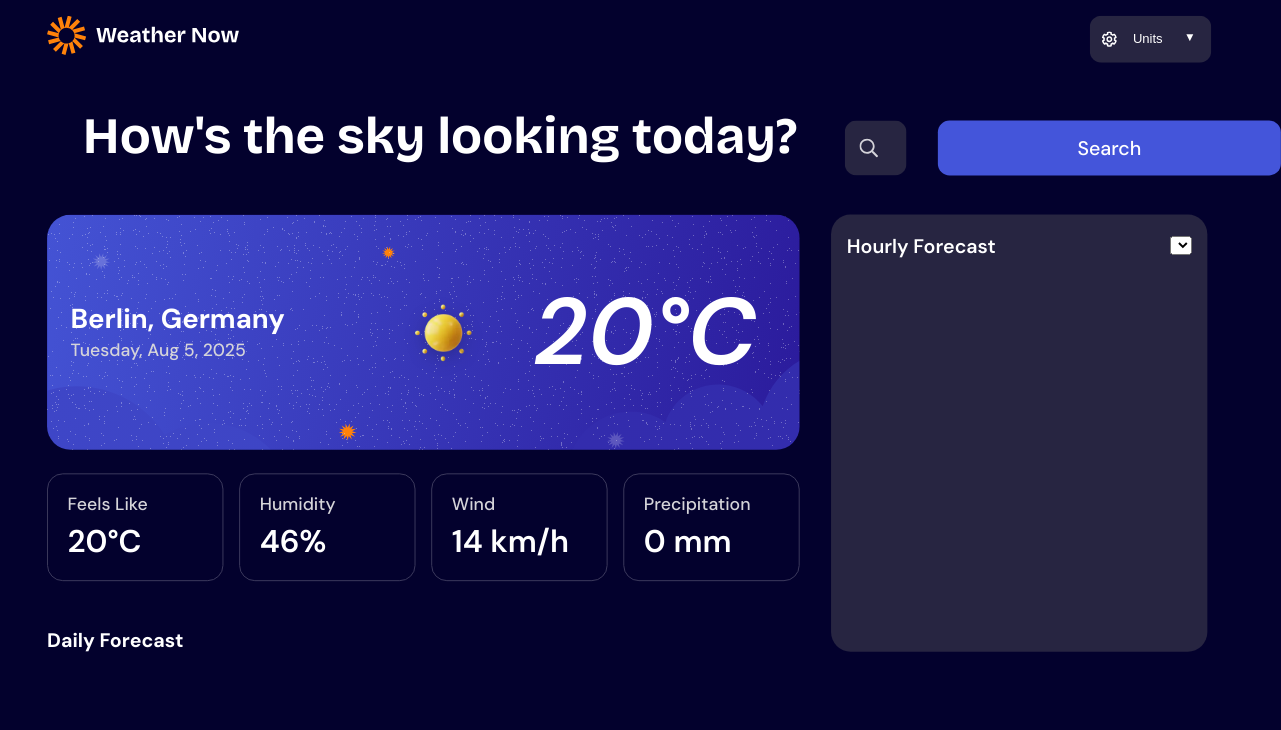
Repository: MKwaak/weather-app-main
Page: index.html
These files come from the project's save history. The page is drawn as it stood at one moment and after the next save; the edit follows.
The browser window is 1280 px wide. The page is 1307 px wide, then 1280 px, so the pictures cover 1307 px, including what lies to the right of the window. The pictures show the whole page, at 98% of full size.
The page's requests for data from a server got no answer.

Above is the page before, as saved 2026-01-31 01:12:29.

After the next save:
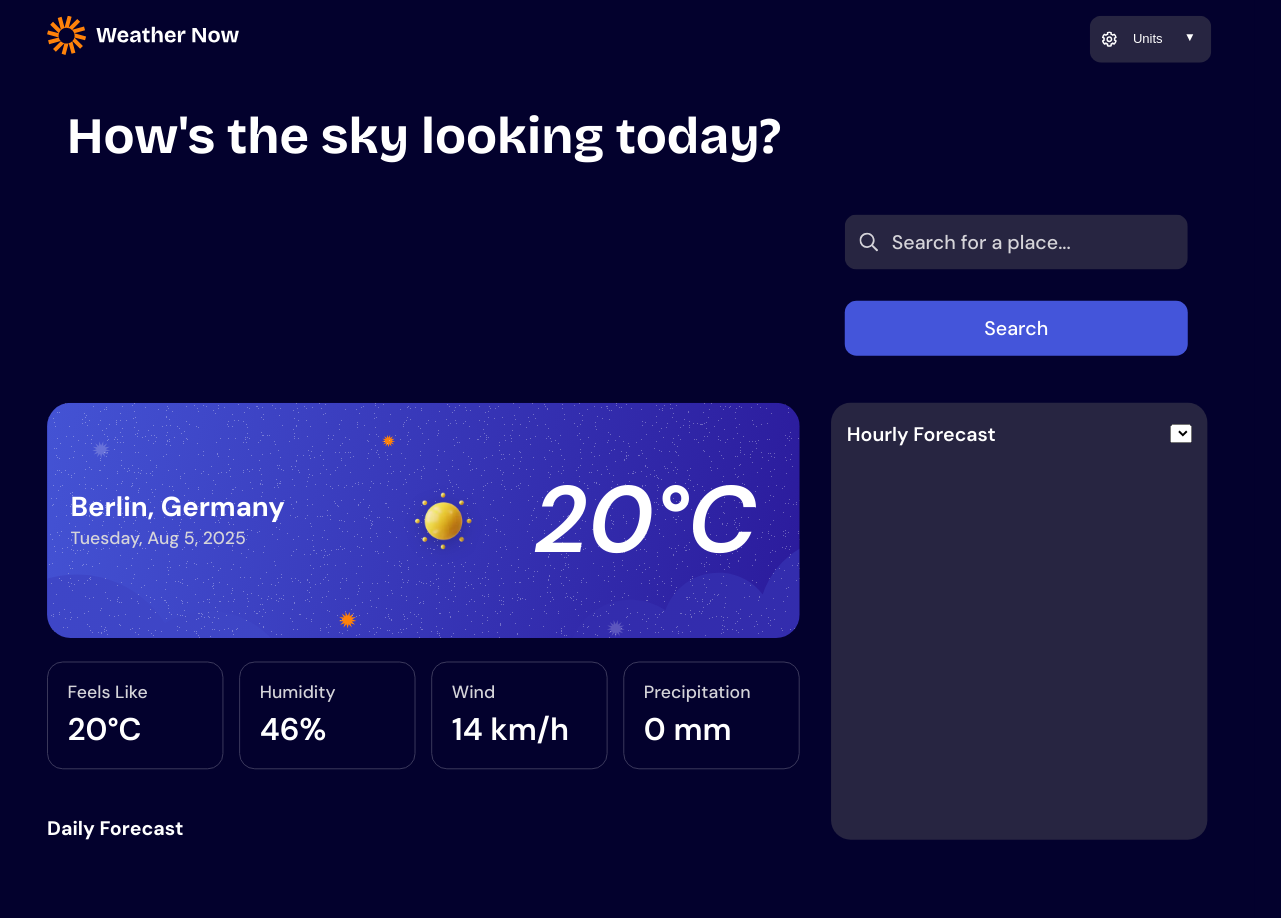
Saved 8 min 53 s later.
--- a/style.css
+++ b/style.css
@@ -310,23 +310,26 @@
 }
 
 .hero__content {
-  display: grid;
+  display: flex;
+  flex-direction: column; /* Titel boven, Form onder */
+  align-items: flex-start; /* Zorgt dat alles netjes links begint */
+  width: 100%;
+  max-width: calc(1184 / 16 * 1rem); /* Moet matchen met .dashboard */
+  margin: 0 auto;
+  padding: 48px 20px 24px;
+
   /* DIT IS DE MATCH: Gebruik dezelfde kolommen als je dashboard */
   grid-template-columns: 1fr 350px;
   column-gap: 32px;
-
   /* Zorg dat de breedte exact hetzelfde is als je dashboard */
-  width: 100%;
-  max-width: 1200px; /* Moet exact hetzelfde zijn als bij .dashboard */
-
   padding-block-start: 48px;
   padding-inline: 20px; /* Zorg dat deze padding matcht met die van je dashboard! */
   box-sizing: border-box;
-
   justify-items: stretch; /* Dwingt kinderen om breedte te pakken */
 }
 
 .hero__title {
+  margin-bottom: 24px; /* Ruimte tussen tekst en zoekveld */
   font-size: var(--font-size-h1);
   margin-block-end: 48px;
   text-align: center;
@@ -343,14 +346,9 @@
   /* MATCH de kolommen van je dashboard exact */
   grid-template-columns: 1fr 350px;
   column-gap: 32px;
-
-  /* MATCH de centrering en breedte van je dashboard */
   width: 100%;
   max-width: calc(1184 / 16 * 1rem); /* Moet exact gelijk zijn aan .dashboard */
   margin: 0 auto 24px auto;
-
-  /* Verwijderd: display: contents (dit sloopte je layout) */
-  /* Verwijderd: position relative/overflow/radius (niet nodig op de grid-parent) */
 
   @media (min-width: calc(1000 / 16 * 1rem)) {
     /* VERANDER DIT: Gebruik 1fr 350px, NIET 2fr 1fr */
@@ -362,9 +360,9 @@
 
 /* Input box */
 .hero__textbox {
-  grid-column: 1; /* Staat nu kaarsrecht boven de blauwe bak */
+  grid-column: 2; /* Matcht met de hourly box */
+  width: 100%;
   height: 56px;
-  width: 100%;
   box-sizing: border-box; /* Onmisbaar! */
   border-radius: 12px; /* Nu rondom rond omdat er een gap tussen zit */
   border: 1px solid var(--color-border);
